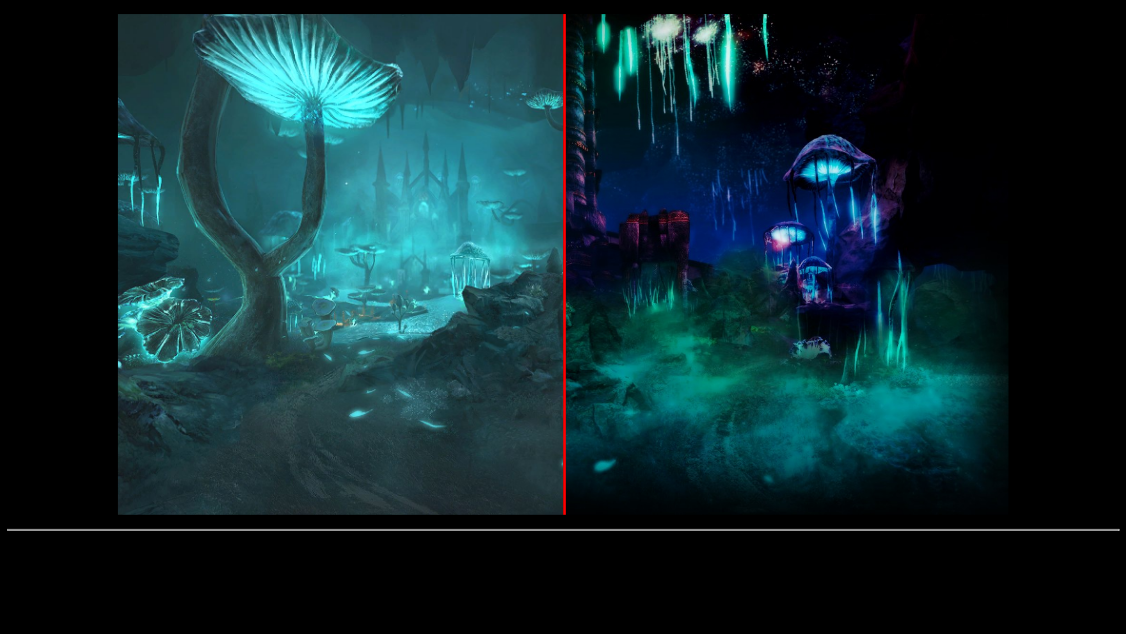
Repository: avatararts/avatararts1.github.io
Page: slider/index.html
The author's editor kept a copy of each file at every save. The page is drawn from the files as they stood at one save, then again after the next save.
The browser window is 1280 px wide. The pictures show the whole page, at 88% of full size.
Some web libraries are served in a nearby version.

Above is the page before, as saved 2023-03-09 10:27:38.

After the next save:
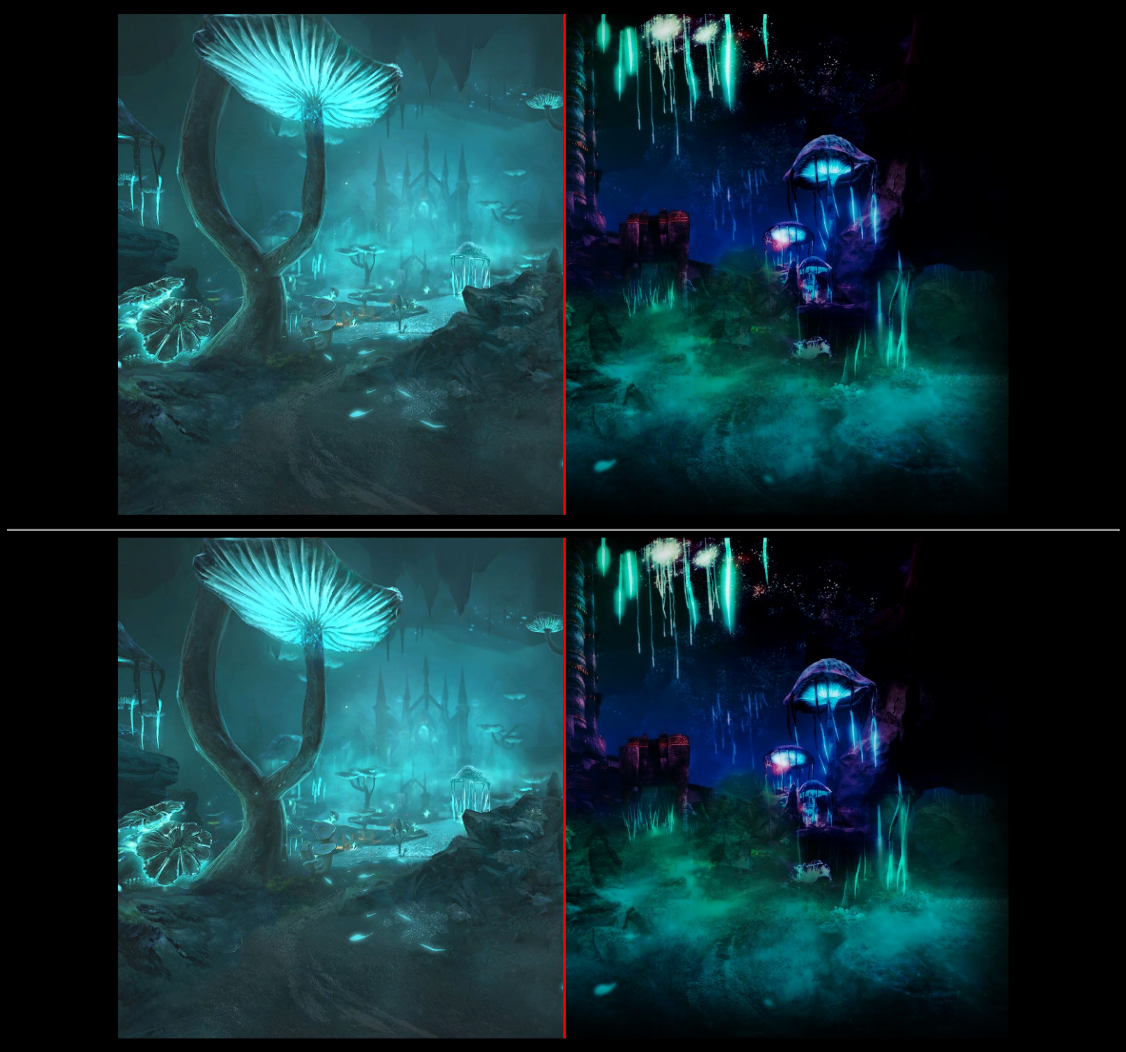
Saved 7 s later.
--- a/slider/index.html
+++ b/slider/index.html
@@ -22,7 +22,14 @@
         <script src='//cdnjs.cloudflare.com/ajax/libs/jquery/2.1.3/jquery.min.js'></script>
         <script src="./script.js"></script></p></section>
 <hr>
-<section></section>
+<section><div style="width: 80%; margin: 0 auto">
+    <div id="inked-painted">
+        <img src="images/bfin.jpeg" id="inked" alt>
+        <div id="colored"></div>
+    </div></p>
+    <!-- partial -->
+    <script src='//cdnjs.cloudflare.com/ajax/libs/jquery/2.1.3/jquery.min.js'></script>
+    <script src="./script.js"></script></p></section>
 </body>
 
 </html>

After the 3 saves that followed:
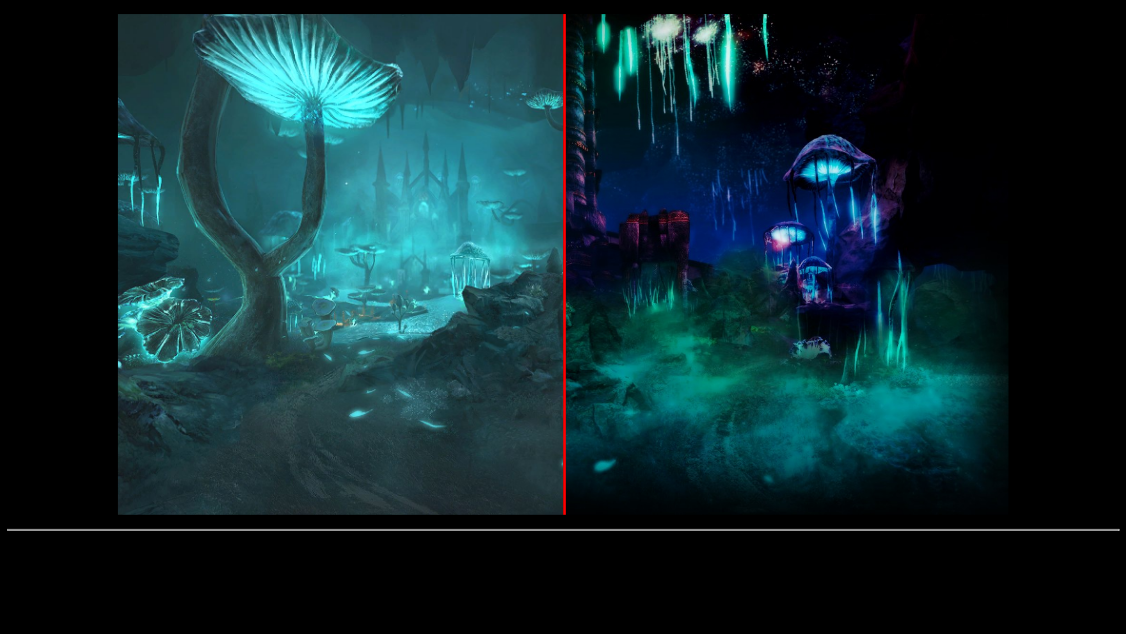
The 3 saves are shown as one change because 1 left the picture as it was and some came seconds apart.
The last was saved 41 s later.
--- a/slider/index.html
+++ b/slider/index.html
@@ -22,14 +22,7 @@
         <script src='//cdnjs.cloudflare.com/ajax/libs/jquery/2.1.3/jquery.min.js'></script>
         <script src="./script.js"></script></p></section>
 <hr>
-<section><div style="width: 80%; margin: 0 auto">
-    <div id="inked-painted">
-        <img src="images/bfin.jpeg" id="inked" alt>
-        <div id="colored"></div>
-    </div></p>
-    <!-- partial -->
-    <script src='//cdnjs.cloudflare.com/ajax/libs/jquery/2.1.3/jquery.min.js'></script>
-    <script src="./script.js"></script></p></section>
+
 </body>
 
 </html>
